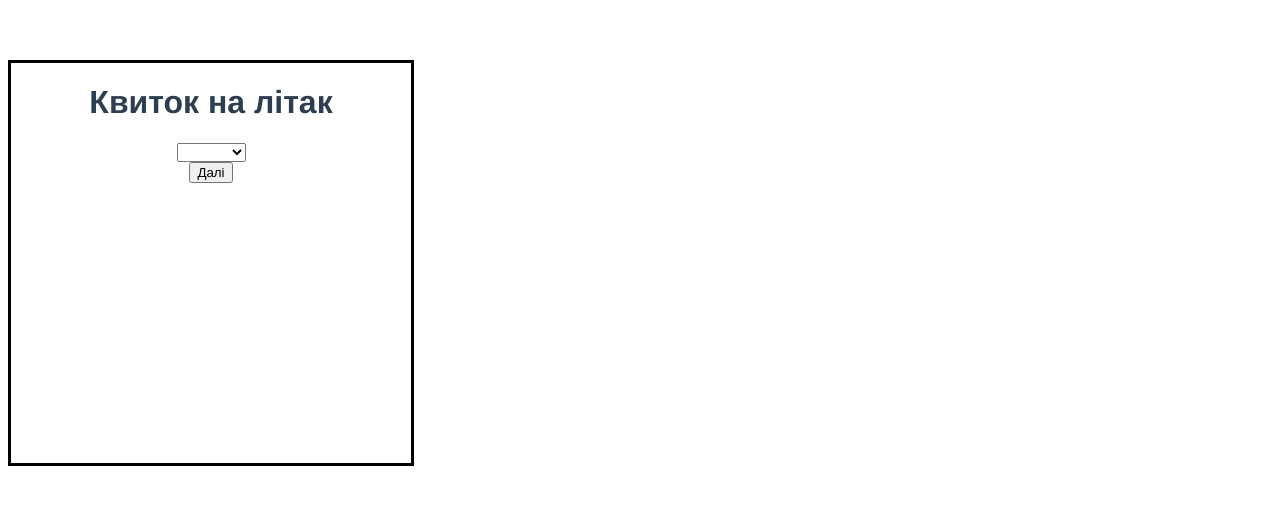
Repository: Salexandraa/HOME_Subotina
Page: / (app in plane-tickets/)
An editor plug-in stored every save of this project. The page is shown before and after the next save, followed by the edit.
The browser window is 1280 px wide. The pictures show the whole page.
The project was rebuilt for these pictures with package versions that can differ from the ones it lists, and the page was loaded fresh each time.

Above is the page before, as saved 2020-10-11 09:55:49.

### plane-tickets/src/App.vue
<template>
  <div id="app">
   <ticket
   title="Квиток на літак"
   />
  </div>
</template>

<script>
import Ticket from './components/Ticket'

export default {
  name: 'App',
  components: {
    Ticket
  }
}
</script>

<style>
#app {
  font-family: Avenir, Helvetica, Arial, sans-serif;
  -webkit-font-smoothing: antialiased;
  -moz-osx-font-smoothing: grayscale;
  text-align: center;
  color: #2c3e50;
  margin-top: 60px;
}
</style>

### plane-tickets/src/components/Ticket/index.vue
<template>
  <div class="container">
    <div>
      <h1>{{ title }}</h1>
    </div>
    <div>
      <select v-model="chooseClass">
        Оберіть клас
        <option value="business">Бізнес</option>
        <option value="econom">Економ</option>
      </select>
    </div>

    <div v-show="chooseClass === 'business'">
      <span
        >Газета
        <input type="checkbox" value="newspaper" v-model="checkedNewspaper" />
      </span>
      <span
        >Коньяк
        <input type="checkbox" value="cognac" v-model="checkedCognac" />
      </span>
      <div v-show="checkedCognac">
        <span>
          Закуски
          <input type="checkbox" value="yes" />
          <input type="checkbox" value="no" />
        </span>
      </div>
    </div>

    <div v-show="chooseClass === 'econom'">
      <span
        >Пиво
        <input type="checkbox" value="beer" v-model="checkedBeer" />
      </span>
      <span
        >Чіпси
        <input type="checkbox" value="chips" v-model="checkedChips" />
      </span>
    </div>
    <button @click="confirm()">Далі</button>
  </div>
</template>

<script>
// Задача 2. З випадаючого списку вибираємо клас квитка у літаку. Якщо
// 1) бізнес -  виводимо елементи для вибору газети та коньяку
// (якщо вибрано коньяк, то запропонувати закуску (так/ні)),
// 2) економ – виводимо елементи для вибору типу пива і чипсів.

export default {
  name: "Tickets",
  props: {
    title: {
      type: String,
      default: "",
    },
  },
  data() {
    return {
      chooseCognac: null,
      chooseClass: null,
      checkedCognac: null,
      checkedNewspaper: null,
      checkedChips: null,
      checkedBeer: null,
    };
  },
  methods: {
    confirm() {},
  },
};
</script>

<style lang="css" scoped>
.container {
  border: black solid;
  width: 400px;
  height: 400px;
}
</style>

Loaded but not shown: plane-tickets/public/index.html (common file); plane-tickets/src/main.js (common file)

After the next save:
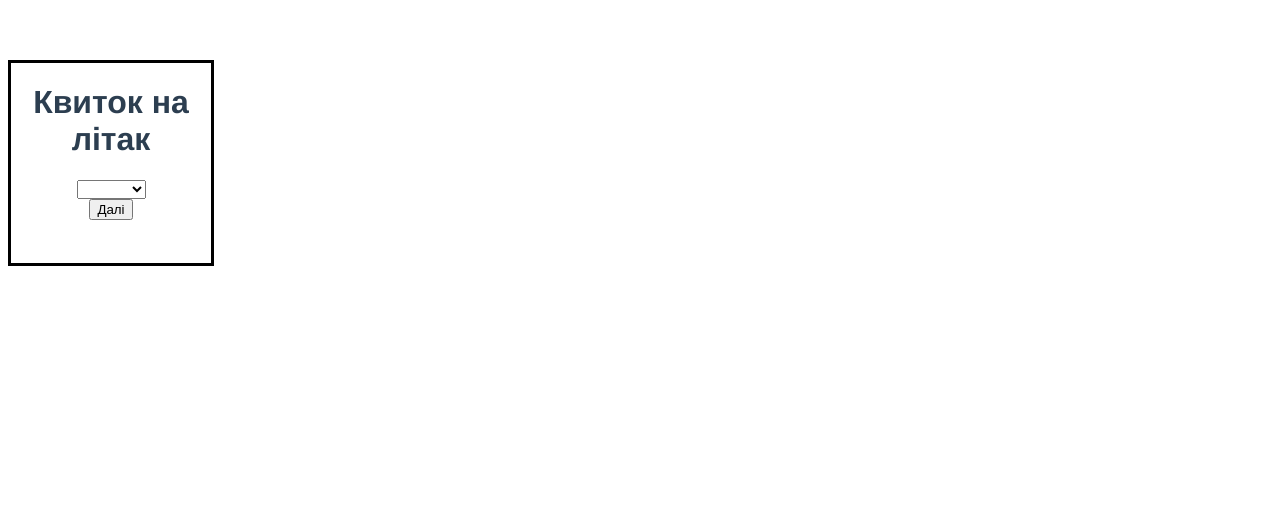
Saved 22 s later.
--- a/plane-tickets/src/components/Ticket/index.vue
+++ b/plane-tickets/src/components/Ticket/index.vue
@@ -76,7 +76,7 @@ export default {
 <style lang="css" scoped>
 .container {
   border: black solid;
-  width: 400px;
-  height: 400px;
+  width: 200px;
+  height: 200px;
 }
 </style>
